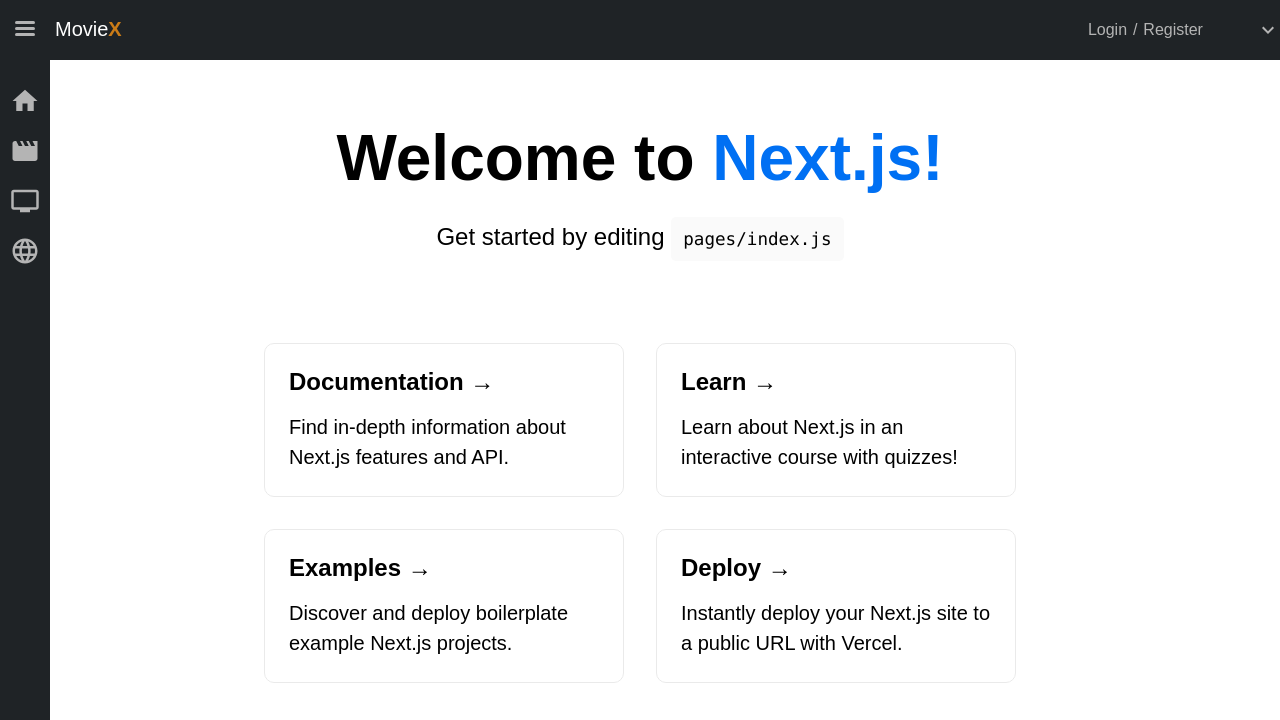
Repository: Amad-Mlinka/MovieTVBrowserNext
Page: /
An editor plug-in stored every save of this project. The page is shown before and after the next save, followed by the edit.
The browser window is 1280 px wide. The pictures show the whole page.
An inner scrolling area shows only its first screen. The project was rebuilt for these pictures with package versions that can differ from the ones it lists, and the page was loaded fresh each time. The framework's server and built-in components were replaced by stand-ins that run in the browser. Also part of the build but not shown: next.config.js.

Above is the page before, as saved 2021-08-03 20:23:39.

### pages/_app.js
import Layout from '../components/layout/Layout'
import '../styles/globals.scss'


function MyApp({ Component, pageProps }) {
  return (
    <Layout>
      <Component {...pageProps} />
    </Layout>


  )
}

export default MyApp

### components/layout/Layout.tsx
import React from 'react'
import Header from "../header/Header"

const Layout = ({children}) => {
    return (
        <>
        <Header/>
        <main>
            {children}
        </main>
        </>

    )
}

export default Layout

### styles/globals.scss
html, body {
  overflow-x: hidden;
  height: 100%;
}
body {
  background: #fff;
  padding: 0;
  margin: 0;
  font-family: 'Varela Round', sans-serif;
}

a {
  color: inherit;
  text-decoration: none;
}

* {
  box-sizing: border-box;
}

### styles/Home.module.scss
.container {
  min-height: 100vh;
  padding: 0 0.5rem;
  display: flex;
  flex-direction: column;
  justify-content: center;
  align-items: center;
  height: 100vh;
}

.main {
  padding: 5rem 0;
  flex: 1;
  display: flex;
  flex-direction: column;
  justify-content: center;
  align-items: center;
}

.footer {
  width: 100%;
  height: 100px;
  border-top: 1px solid #eaeaea;
  display: flex;
  justify-content: center;
  align-items: center;
}

.footer a {
  display: flex;
  justify-content: center;
  align-items: center;
  flex-grow: 1;
}

.title a {
  color: #0070f3;
  text-decoration: none;
}

.title a:hover,
.title a:focus,
.title a:active {
  text-decoration: underline;
}

.title {
  margin: 0;
  line-height: 1.15;
  font-size: 4rem;
}

.title,
.description {
  text-align: center;
}

.description {
  line-height: 1.5;
  font-size: 1.5rem;
}

.code {
  background: #fafafa;
  border-radius: 5px;
  padding: 0.75rem;
  font-size: 1.1rem;
  font-family: Menlo, Monaco, Lucida Console, Liberation Mono, DejaVu Sans Mono,
    Bitstream Vera Sans Mono, Courier New, monospace;
}

.grid {
  display: flex;
  align-items: center;
  justify-content: center;
  flex-wrap: wrap;
  max-width: 800px;
  margin-top: 3rem;
}

.card {
  margin: 1rem;
  padding: 1.5rem;
  text-align: left;
  color: inherit;
  text-decoration: none;
  border: 1px solid #eaeaea;
  border-radius: 10px;
  transition: color 0.15s ease, border-color 0.15s ease;
  width: 45%;
}

.card:hover,
.card:focus,
.card:active {
  color: #0070f3;
  border-color: #0070f3;
}

.card h2 {
  margin: 0 0 1rem 0;
  font-size: 1.5rem;
}

.card p {
  margin: 0;
  font-size: 1.25rem;
  line-height: 1.5;
}

.logo {
  height: 1em;
  margin-left: 0.5rem;
}

@media (max-width: 600px) {
  .grid {
    width: 100%;
    flex-direction: column;
  }
}

### components/header/Header.tsx
/*Imports */
import React, { useState } from 'react'

/*Material components*/
import Avatar from '@material-ui/core/Avatar';

/*Icons*/
import KeyboardArrowDownIcon from '@material-ui/icons/KeyboardArrowDown';
import HomeIcon from '@material-ui/icons/Home';
import SearchIcon from '@material-ui/icons/Search';
import MovieIcon from '@material-ui/icons/Movie';
import TvIcon from '@material-ui/icons/Tv';
import LanguageIcon from '@material-ui/icons/Language';

/*Import Plugins*/
import $ from "jquery";

/*Styles*/
import headerStyles from "../../styles/Header.module.scss"




const Header = () => {
    const [hamburger, setHamburger] = useState(false)
    const hamburgerToggle = () => {
        setHamburger(!hamburger);

        $(`.${headerStyles.sidebar}`).addClass(`${headerStyles.sidebarActive}`)

    }
    return (
        <>
            <header className={headerStyles.header}>
                <div className={headerStyles.left}>
                    <div className={headerStyles.hamburgerLogo}>
                        <div className={headerStyles.hamburger} onClick={hamburgerToggle}>
                            <div className={`${headerStyles.spinner} ${headerStyles.diagonal} ${hamburger ? headerStyles.part1Active : ""}`}></div>
                            <div className={`${headerStyles.spinner} ${headerStyles.horizontal} ${hamburger ? headerStyles.horizontalActive : ""}`}></div>
                            <div className={`${headerStyles.spinner} ${headerStyles.diagonal} ${hamburger ? headerStyles.part2Active : ""}`}></div>
                        </div>
                        <div data-end="X" className={headerStyles.logo}>
                            <span>Movie</span>
                        </div>
                    </div>

                    <div className={headerStyles.search}>
                        <div className={headerStyles.searchContainer}>
                            <SearchIcon className={headerStyles.searchIcon} />
                            <input type="search" name="searchBar" className={headerStyles.searchBar} ></input>
                        </div>

                    </div>
                </div>
                <div className={headerStyles.right}>
                    <KeyboardArrowDownIcon className={headerStyles.expandButton} />
                    <div className={headerStyles.profile}>
                        <div className={`${headerStyles.loggedIn} ${headerStyles.dNone}`}>

                            <Avatar className={headerStyles.avatar} alt="Amad Mlinaric"> AM </Avatar>
                        </div>
                        <div className={`${headerStyles.notLoggedIn}`}>
                            <div className={headerStyles.loginRegister}>
                                <div className={headerStyles.login}>
                                    <span>Login</span>
                                </div>
                                <span>/</span>
                                <div className={headerStyles.register}>
                                    <span>Register</span>
                                </div>
                            </div>
                        </div>
                    </div>
                </div>

            </header>
            <div className={`${headerStyles.sidebar} ${hamburger ? headerStyles.sidebarActive : ""}`}>

                <div className={headerStyles.sidebarMenu}>
                    <ul className={`${headerStyles.sidebarList}`}>
                        <li className={headerStyles.sidebarLink}>
                            <HomeIcon className={headerStyles.sidebarIcon} />
                            <span className= {`${headerStyles.sidebarText}  ${hamburger ? headerStyles.sidebarTextActive : ""}`}>Home</span>
                        </li>
                        <li className={headerStyles.sidebarLink}>
                            <MovieIcon className={headerStyles.sidebarIcon} />
                            <span className= {`${headerStyles.sidebarText}  ${hamburger ? headerStyles.sidebarTextActive : ""}`}>Movies</span>
                        </li>
                        <li className={headerStyles.sidebarLink}>
                            <TvIcon className={headerStyles.sidebarIcon} />
                            <span className= {`${headerStyles.sidebarText}  ${hamburger ? headerStyles.sidebarTextActive : ""}`}>TV Shows</span>
                        </li>
                        <li className={headerStyles.sidebarLink}>
                            <LanguageIcon className={headerStyles.sidebarIcon} />
                            <span className= {`${headerStyles.sidebarText}  ${hamburger ? headerStyles.sidebarTextActive : ""}`}>Languages</span>
                        </li>
                    </ul>
                </div>

            </div>

        </>

    )
}

export default Header

### styles/Header.module.scss
@import "variables.scss";
@import "general.scss";
//***************************Header***************************//

.header {
    display: flex;
    flex-direction: row;
    justify-content: space-between;
    position: relative;
    top: 0;
    left: 0;
    width: 100%;
    background: $base-color;
    height: 60px;
}
.header {
    display: flex;
    flex-direction: row;
    justify-content: space-between;
    position: relative;
    top: 0;
    left: 0;
    width: 100%;
    background: $base-color;
    height: 60px;
}
.left {
    display: flex;
    flex-direction: row;
    width: 50%;
    justify-content: flex-start;
    align-items: center;
    height: 100%;
}
.hamburgerLogo {
    display: flex;
    flex-direction: row;
}
.hamburger {
    box-sizing: border-box;
    cursor: pointer;
    z-index: 99;
    height: 25px;
    width: 25px;
    margin: 0px 15px;
}
.spinner {
    box-sizing: border-box;
    position: absolute;
    height: 3px;
    width: 20px;
    background-color: #b4b4b4;
    border-radius: 5px;
    margin-top: 3px;
}
.horizontal {
    box-sizing: border-box;
    position: relative;
    transition: all ease-out 0.3s;
}
.horizontalActive{
    display: none;
}
.diagonal {
    box-sizing: border-box;
    position: relative;
    transition: all ease-out 0.3s;
}
.part1Active{
    transform: rotate(
        45deg
        );
        top: 4px;

}
.part2Active{
    transform: rotate(
        315deg
        );
    bottom: 2px;
}
.logo {
    &::after {
        content: "X";
        color: $secondary-color;
        font-weight: bolder;
        font-size: 20px;
    }
    span{
        display: none;
    }
    font-size: 20px;
    color: white;

}
.search {
    position: absolute;
    left: 0;
    top: 60px;
    background: $base-color;
    width: 100%;
    display: flex;
    flex-direction: column;
    justify-content: center;
    align-items: center;

}
.searchContainer{
    width: 80%;
    display: none;
}
.searchIcon {
    position: absolute;
    margin: 10px 15px;
    color: #b4b4b4;
    height: 20px;
}

.searchBar {
    width: 100%;
    background: #303437;
    border: 0;
    height: 40px;
    border-radius: 5px;
    padding-left: 45px;
    caret-color: black;
    transition: background 0.3s ease-in-out;
    margin-bottom: 20px;
    &:focus {
        background: white;
        outline: none;
    }
}
.right{
    height: 100%;
    display: flex;
    flex-direction: row-reverse;
    align-items: center;
    width: 50%;
}
.expandButton{
    font-size: 40px;
    color: $tertiary-color;

}
.profile{
    display: flex;
    flex-direction: row;
    justify-content:flex-start;
   .loggedIn{
       display: flex;
   }
    .notLoggedIn{
        .loginRegister{
            display: flex;
            flex-direction: row;
            justify-content: space-between;
            color: #b4b4b4;
            width: 115px;
            margin-right: 10px;
        }

    }
}

@include breakpoint(min-tablet){


    .header {
        display: flex;
        flex-direction: row;
        justify-content: space-between;
        position: relative;
        top: 0;
        left: 0;
        width: 100%;
        background: $base-color;
        height: 60px;
    }
    .left {
        display: flex;
        flex-direction: row;
        width: 50%;
        justify-content: flex-start;
        align-items: center;
        height: 100%;
    }
    .logo {
        font-size: 20px;
        color: white;
        span{
            display: inline;
        }
        &::after {
            content: attr(data-end);
            color: $secondary-color;
            font-weight: bolder;
        }
    }
    .search {
        position: relative;
        margin-left: 10px;
        top: 0;
        left: 0;
    }

    .expandButton{
        display: none;
    }
    .searchIcon {
        position: absolute;
        margin: 10px 15px;
        color: #b4b4b4;
        height: 20px;
    }

    .searchBar {
        width: 250px;
        background: #303437;
        border: 0;
        height: 40px;
        border-radius: 5px;
        padding-left: 45px;
        caret-color: black;
        transition: background 0.3s ease-in-out;
        margin: 0;
        &:focus {
            background: white;
            outline: none;
        }
    }
    .right{
        height: 100%;
        display: flex;
        flex-direction: row-reverse;
        align-items: center;
        width: 50%;
    }
    .profile{
        display: flex;
        flex-direction: row;
        width: 33%;
        justify-content: center;
        .loggedIn{
            .avatar{
                margin-left: 45px;
            }
        }
        .notLoggedIn{
            .loginRegister{
                display: flex;
                flex-direction: row;
                justify-content: space-between;
                color: #b4b4b4;
                width: 115px;
            }

        }
    }


}

//****************************/Header/***************************//
//***************************Sidebar***************************//

.sidebar{
    position: fixed;
    width: 50px;
    height: 100%;
    transition: width .5s;
    background: $base-color;
    display: flex;
    flex-direction: column;
    overflow: hidden;
}
.sidebarActive{
    width: 250px;
}

.sidebarList{
    list-style-type: none;
    padding: 0;
    width: 100%;

    .sidebarLink{
        height: 50px;
        display: flex;
        align-items: center;

    }
    .sidebarText{
        margin-left: 20px;
        color: $tertiary-color;
        width: 100px;
        transition: all .5s;
        display: none;
        max-height: 19px;
        min-width: 73px;

    }
    .sidebarTextActive{
        display: block;

    }
    svg{
        color: $tertiary-color;
        font-size: 30px;
        margin-left: 10px;

    }
}

### styles/variables.scss
$base-color:#1f2326;
$secondary-color:#cb7c17;
$tertiary-color:#b4b4b4;

@mixin breakpoint($point) {
    @if $point == min-desktop {
      @media (min-width: 993px) { @content ; }
   }
    @else if $point == min-laptop {
      @media (min-width: 769px) { @content ; }
   }
     @else if $point == min-tablet {
      @media (min-width: 593px) { @content ; }
   }
   @else if $point == min-mobile {
      @media (min-width: 0px)  { @content ; }

   }@else if $point == max-desktop {
      @media (max-width: 1200px) { @content ; }

   }@else if $point == max-laptop {
      @media (max-width: 992px) { @content ; }
   }
     @else if $point == max-tablet {
      @media (max-width: 768px) { @content ; }
   }
   @else if $point == max-mobile {
      @media (max-width: 592px)  { @content ; }

   }
 }

### styles/general.scss
.dNone{
    display: none !important;
}
.dBlock{
    display: block !important;
}

Loaded but not shown: pages/index.js (common file)

After the next save:
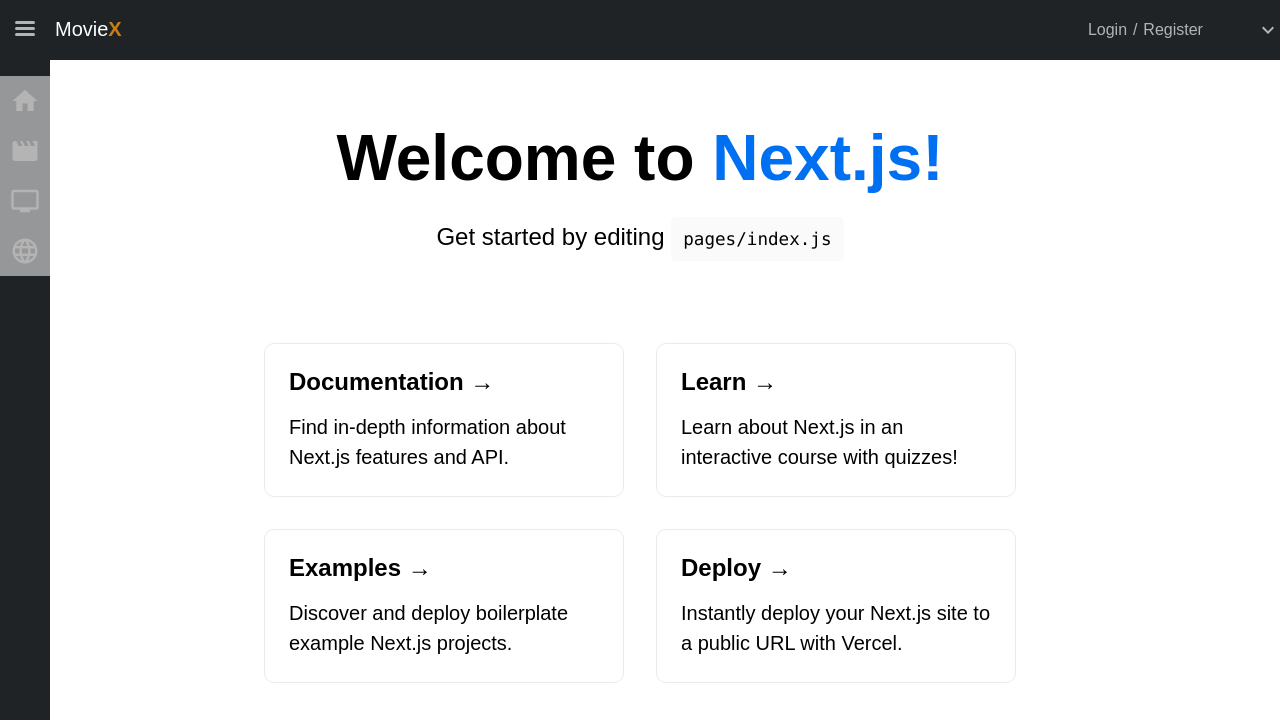
Saved 47 s later.
--- a/styles/Header.module.scss
+++ b/styles/Header.module.scss
@@ -287,6 +287,7 @@
         height: 50px;
         display: flex;
         align-items: center;
+        background: rgba($tertiary-color,.8);
 
     }
     .sidebarText{

After the save that followed:
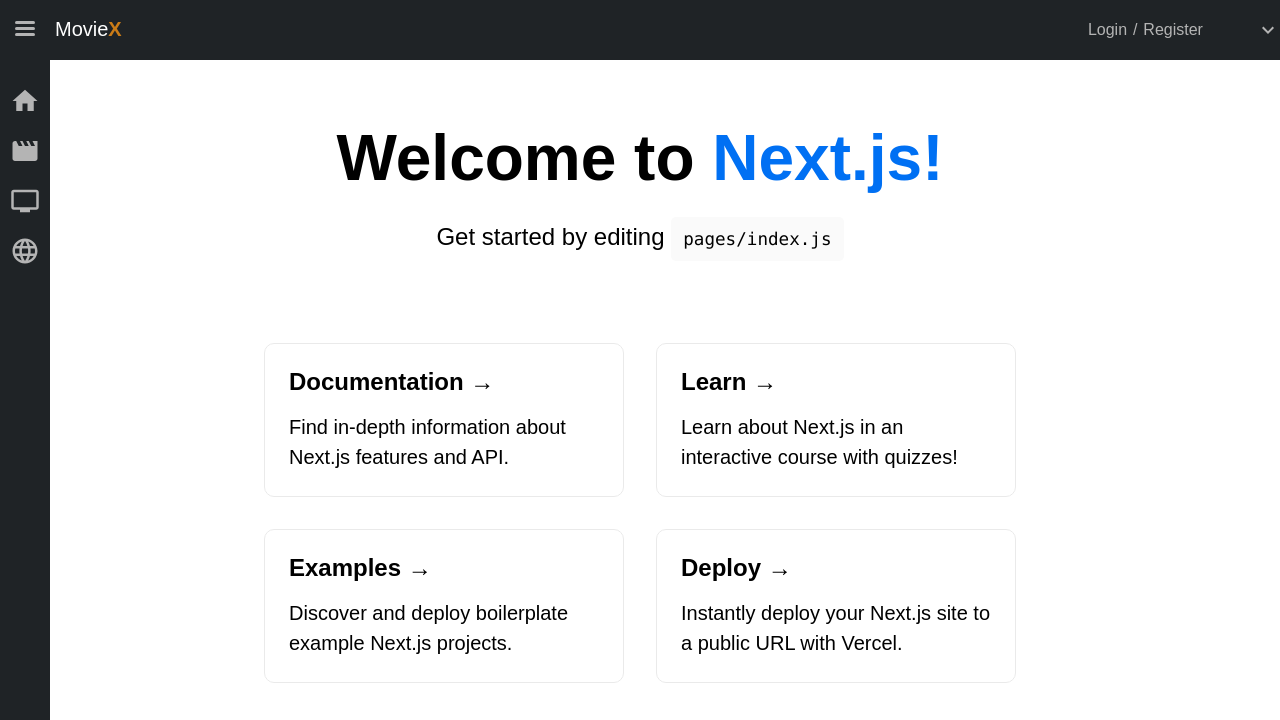
Saved 18 s later.
--- a/styles/Header.module.scss
+++ b/styles/Header.module.scss
@@ -287,7 +287,6 @@
         height: 50px;
         display: flex;
         align-items: center;
-        background: rgba($tertiary-color,.8);
 
     }
     .sidebarText{
